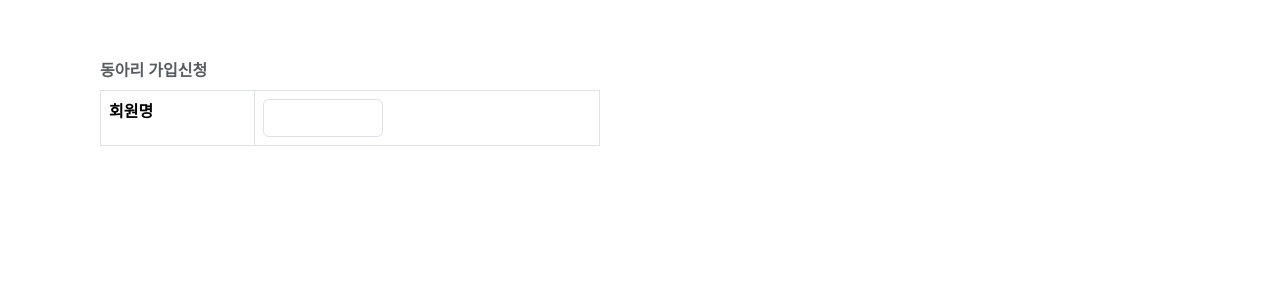
Repository: kim-gemma/JspStudy_hnkim
Page: http://localhost/JspCrudProject/member/addform.jsp
The author's editor kept a copy of each file at every save. The page is drawn from the files as they stood at one save, then again after the next save.
The browser window is 1280 px wide. The pictures show the whole page.
Some web fonts or font styles are not loaded; a fallback is used. The page is served by Tomcat 9. Other server files are loaded and not shown.

Above is the page before, as saved 2025-12-11 05:31:40.

### JspCrudProject/src/main/webapp/member/addform.jsp
<%@ page language="java" contentType="text/html; charset=UTF-8"
    pageEncoding="UTF-8"%>
<!DOCTYPE html>
<html>
<head>
<meta charset="UTF-8">
<link href="https://fonts.googleapis.com/css2?family=Dongle&family=Gamja+Flower&family=Nanum+Myeongjo&family=Nanum+Pen+Script&display=swap" rel="stylesheet">
<link href="https://cdn.jsdelivr.net/npm/bootstrap@5.3.8/dist/css/bootstrap.min.css" rel="stylesheet" integrity="sha384-sRIl4kxILFvY47J16cr9ZwB07vP4J8+LH7qKQnuqkuIAvNWLzeN8tE5YBujZqJLB" crossorigin="anonymous">
<link rel="stylesheet" href="https://cdn.jsdelivr.net/npm/bootstrap-icons@1.13.1/font/bootstrap-icons.min.css">
<title>Insert title here</title>
</head>
<body>
	<div style="width: 500px; margin: 50px 100px;">
		<form action="addaction.jsp" method="post">
			<table class="table table-bordered">
				<caption align="top"><b>동아리 가입신청</b></caption>
				<tr>
					<th>회원명</th>
					<td>
						<input type="text" name="name" class="form-control"
						required="required" style="width: 120px;">
					</td>
				</tr>
			</table>
		</form>
	</div>
</body>
</html>

After the next save:
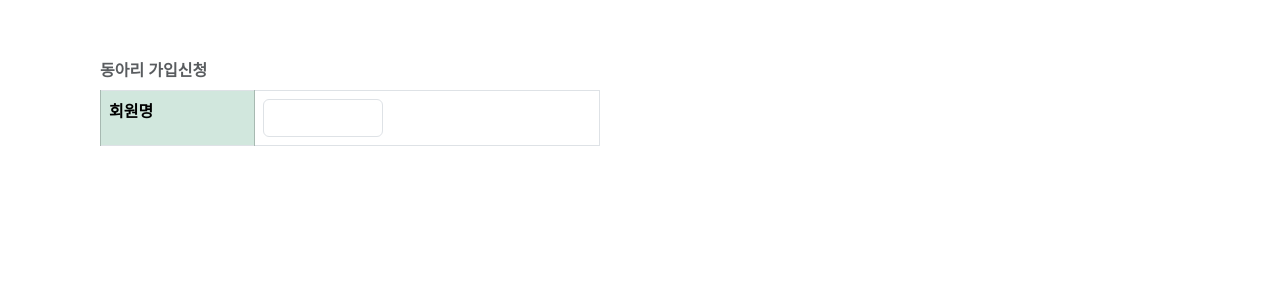
Saved 29 s later.
--- a/JspCrudProject/src/main/webapp/member/addform.jsp
+++ b/JspCrudProject/src/main/webapp/member/addform.jsp
@@ -15,7 +15,7 @@
 			<table class="table table-bordered">
 				<caption align="top"><b>동아리 가입신청</b></caption>
 				<tr>
-					<th>회원명</th>
+					<th class="table-success">회원명</th>
 					<td>
 						<input type="text" name="name" class="form-control"
 						required="required" style="width: 120px;">
